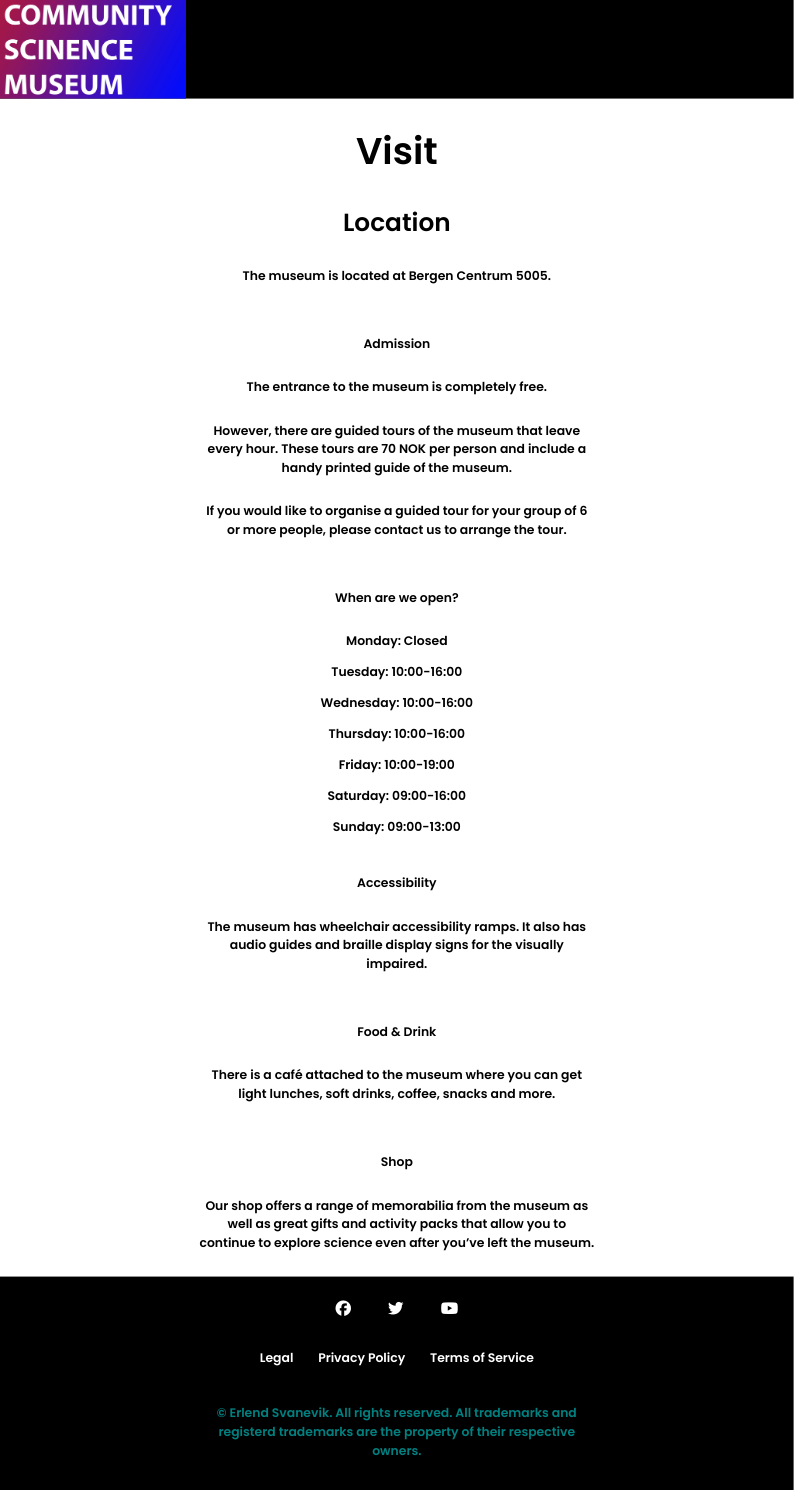
Repository: EpleWasTaken/Semester-Project
Page: visit.html
An editor plug-in stored every save of this project. The page is shown before and after the next save, followed by the edit.
The browser window is 1280 px wide. The pictures show the whole page, at 62% of full size.
Some web libraries are served in a nearby version.

Above is the page before, as saved 2020-12-04 20:27:09.

### visit.html
<!DOCTYPE html>
<html lang="en">
<head>
    <meta charset="UTF-8">
    <meta name="viewport" content="width=device-width, initial-scale=1.0">
    <meta name="keywords" content="museum, science museum, community museum">
    <meta name="author" content="Erlend Molvik Svanevik">
    <title>CMS Visit</title>

    <link rel="preconnect" href="https://fonts.gstatic.com">
    <link href="https://fonts.googleapis.com/css2?family=Poppins:ital,wght@0,100;0,200;0,300;0,400;0,500;0,600;1,100;1,200;1,300;1,400;1,500;1,600&display=swap" rel="stylesheet">
    <link rel="stylesheet" href="./css/styles.css">
    <link rel="stylesheet" href="./css/footer.css">
    <link rel="stylesheet" href="/css/hamburger.css">
    <script src="https://kit.fontawesome.com/cafca22d75.js" crossorigin="anonymous"></script>

</head>


<!--NAVIGAION, LOGO AND SEARCH BAR-->


<body>
    <header>
        <div class="logo-container">
            <a href="index.html" aria-label="Go to frontpage">
                <img src="/Images/CommunityScienceMuseum.jpg" class="logo" alt="Community Science Museum logo">
            </a>
        </div>
        <label class="hamburger-menu" for="hamburger-menu" aria-label="Hamburger menu for navigation"><i class="fas fa-bars fa-2x"></i></label>
        <input type="checkbox" id="hamburger-menu">
        <nav>
            <div class="nav-container">
                <ul>
                    <h2>Menu</h2>
                    <li><a href="index.html" aria-label="Go to home page">Home</a></li>
                    <li><a href="visit.html" aria-label="Go to the visit page">Visit</a></li>
                    <li><a href="to-see-and-do.html" aria-label="Go to: To see and do">To see and do</a></li>
                    <li><a href="contact.html" aria-label="Go to the contact page">Contact</a></li>
                    <li><a href="about.html" aria-label="Go to the about page">About</a></li>
                </ul>
            </div>
        </nav>
    </header>


<main>

    <section class="start">
    <div class="visit-container">
        <div class="visit-text">
        <h1>Visit</h1>
        <h3>Location</h3>
        <p>The museum is located at Bergen Centrum 5005.</p>
    </div>
    </section>
    <div>
        <h2>Admission</h2>
        <p>The entrance to the museum is completely free.</p>
        <p>However, there are guided tours of the museum that leave every hour.
        These tours are 70 NOK per person and include a handy printed guide of the museum.</p>
        <p>If you would like to organise a guided tour for your group of 6 or more people, please contact us to arrange the tour.</p>
    </div>
    <div class="open-hours">
        <h2>When are we open?</h2>
        <p>Monday: Closed</p>
        <p>Tuesday: 10:00-16:00</p>
        <p>Wednesday: 10:00-16:00</p>
        <p>Thursday: 10:00-16:00</p>
        <p>Friday: 10:00-19:00</p>
        <p>Saturday: 09:00-16:00</p>
        <p>Sunday: 09:00-13:00</p>

    </div>
    <div>
        <h2>Accessibility</h2>
        <p>The museum has wheelchair accessibility ramps.
        It also has audio guides and braille display signs for the visually impaired.</p>
    </div>
    <div>
        <h2>Food & Drink</h2>
        <p>There is a café attached to the museum where you can get light lunches, soft drinks, coffee, snacks and more.</p>
    </div>
    <div>
        <h2>Shop</h2>
        <p>Our shop offers a range of memorabilia from the museum as well as great gifts and activity packs that allow you to continue to explore science even after you’ve left the museum.</p>
    </div>
</main>


<!--FOOTER, TOS/LEGAL/PRIVACY-POLICY AND SOCIALS-->


    <footer class="footer">
        <div class="footer-container">
            <ul class="footer-social">
                <li>
                    <a href="#0" class="facebook"><i class="fab fa-facebook"></i></a>
                </li>
                <li>
                    <a href="#0" class="twitter"><i class="fab fa-twitter"></i></a>
                </li>
                <li>
                    <a href="#0" class="youtube"><i class="fab fa-youtube"></i></a>
                </li>
            </ul>
        </div>
        <div class="footer-container">
            <div class="footer-legal">
                <a href="#0">Legal</a>
                <a href="#0">Privacy Policy</a>
                <a href="#0">Terms of Service</a>
            </div>
            <div class="footer-copyright">
                <p>&copy; Erlend Svanevik. All rights reserved. All trademarks and registerd trademarks are the property of
                   their respective owners.</p>
            </div>
        </div>
    </footer>
</body>
</html>

### css/styles.css
* {
	margin: 0px;
	padding: 0px;
	box-sizing: border-box;
}

body {
	font-family: 'poppins', sans seriff;
	background-color: white;
}

header {
	display: flex;
	background-color: black;
}

.logo {
	max-width: 125px;
}

.logo-container {
	height: 66.41px;
}

/* NAVIGATION/HAMBURGER MENU/CLICKEBLE
-------------------------------------------*/

/*PICTURES
-----------------------------------------------*/

.homepic {
	width: auto;
	max-width: 100%;
	height: auto;
}

/*TEXT/FONT/TEXT ALIGNMENY
--------------------------------------------------*/

h1 {
	display: flex;
	align-items: center;
	justify-content: center;
	margin-left: auto;
	margin-right: auto;
	font-weight: 600;
	font-size: 30px;
	margin: 40px;
	text-align: center;
}

h3 {
	display: flex;
	align-items: center;
	justify-content: center;
	font-weight: 600;
	font-size: 20px;
	margin: 40px;
	text-align: center;
}

h2 {
	display: flex;
	align-items: center;
	justify-content: center;
	margin-left: auto;
	margin-right: auto;
	font-weight: 600;
	font-size: 20px;
	margin: 40px;
	text-align: center;
}

p {
	display: flex;
	align-items: center;
	justify-content: center;
	font-weight: 600;
	font-size: 15px;
	margin: 40px;
	max-width: 70%;
	margin-left: auto;
	margin-right: auto;
	text-align: center;
}

.open-hours p {
	margin: 20px;
	margin-left: auto;
	margin-right: auto;
	align-items: center;
	justify-content: center;
	text-align: center;
}

.footer-copyright {
	display: flex;
	flex-direction: column;
	justify-content: center;
	align-items: center;
	text-align: center;
}

.contact-container {
	display: flex;
	flex-direction: row;
	align-items: center;
}

.mail {
	display: flex;
	justify-content: center;
	align-items: center;
}

/* GRID Container */
main {
	display: grid;
	grid-template-areas: "Box1" "Box2" "Box3" "Box4";
}

/* GRID Items */
div {
	grid-area: ;
}

@media screen and (min-width: 1024px) {
	header {
		height: 159.38px;
	}

	.logo {
		display: flex;

		max-width: 300px;
	}

	.homepic {
		display: flex;
		flex-direction: column;
		justify-content: center;
		align-items: center;
		max-width: 1664px;
		margin-left: auto;
		margin-right: auto;
	}

	h1 {
		display: flex;
		align-items: center;
		justify-content: center;
		font-family: 'poppins', sans-serif;
		font-weight: 600;
		font-size: 60px;
		margin: 40px;
	}

	p {
		display: flex;
		align-items: center;
		justify-content: center;
		font-family: 'poppins', sans-serif;
		font-weight: 600;
		font-size: 20px;
		margin: 40px;
		max-width: 50%;
		margin-left: auto;
		margin-right: auto;
	}

	h3 {
		display: flex;
		align-items: center;
		justify-content: center;
		font-family: 'poppins', sans-serif;
		font-weight: 600;
		font-size: 40px;
		margin: 40px;
	}
}

### css/footer.css
/* FOOTER */

* {
	padding: 0;
	margin: 0;
	box-sizing: border-box;
}

footer {
	display: flex;
	flex-direction: column;
	justify-content: center;
	align-items: center;
	background-color: black;
	font-family: 'Poppins', sans-serif;
	font-weight: 600;
	padding: 10px;
}

.footer-container {
	display: flex;
	flex-direction: column;
	justify-content: center;
	align-items: center;
}

.footer-social {
	font-size: 35px;
}

.footer-social li a {
	color: white;
}

.footer-legal {
	display: flex;
	flex-direction: column;
	text-decoration: none;
	align-items: center;
	justify-content: center;
	font-size: 20px;
}

.footer-legal a {
	display: flex;
	text-decoration: none;
	flex-direction: row;
	padding: 15px;
}

.footer-social li a.facebook:hover {
	color: #3b5998;
}

.footer-social li a.twitter:hover {
	color: #00acee;
}

.footer-social li a.youtube:hover {
	color: #c4302b;
}

.footer-legal a {
	color: white;
}

.footer-legal a:hover {
	color: #021859;
}

.footer-copyright {
	display: flex;
	flex-direction: column;
	text-decoration: none;
	font-size: 14px;
	color: teal;
}

ul {
	list-style: none;
}

@media screen and (min-width: 1024px) {
	.footer-legal {
		display: flex;
		flex-direction: row;
		justify-content: center;
		align-items: center;
	}

	.footer-legal a {
		display: flex;
		flex-direction: row;
		justify-content: center;
		align-items: center;
		padding: 20px;
	}

	.footer-social {
		display: flex;
		flex-direction: row;
		justify-content: center;
		align-items: center;
		text-decoration: none;
	}

	.footer-container {
		text-decoration: none;
	}

	.footer-social li {
		display: flex;
		flex-direction: row;
		text-decoration: none;
		margin: 15px;
	}
}

### css/hamburger.css
* {
	margin: 0;
	padding: 0;
	box-sizing: border-box;
}

nav {
	display: none;
}

label.hamburger-menu {
	display: block;
	height: 48px;
	padding: 16px;
	position: absolute;
	right: 0;
	top: 0;
	color: white;
	z-index: 1;
}

.nav-container {
	display: flex;
	flex-direction: column;
	align-items: center;
	position: fixed;
	top: 0;
	right: 0;
	background-color: black;
	width: 100%;
	height: 100vh;
	justify-content: center;
}

ul a {
	display: flex;
	text-decoration: none;
	font-size: 25px;
	justify-content: space-between;
	list-style-type: none;
	color: white;
	margin: 15px;
	font-weight: 400;
	align-items: center;
}

ul h2 {
	display: flex;
	text-decoration: underline;
	font-size: 35px;
	justify-content: space-between;
	list-style-type: none;
	color: white;
	margin: 25px;
	font-weight: 600;
	align-items: center;
}

ul {
	display: flex;
	flex-direction: column;
	justify-content: center;
	align-items: center;
}

#hamburger-menu {
	display: none;
}

#hamburger-menu:checked ~ nav {
	display: block;
}

@media screen and (min-width: 1024px) {
	label.hamburger-menu {
		display: none;
	}
}

After the next save:
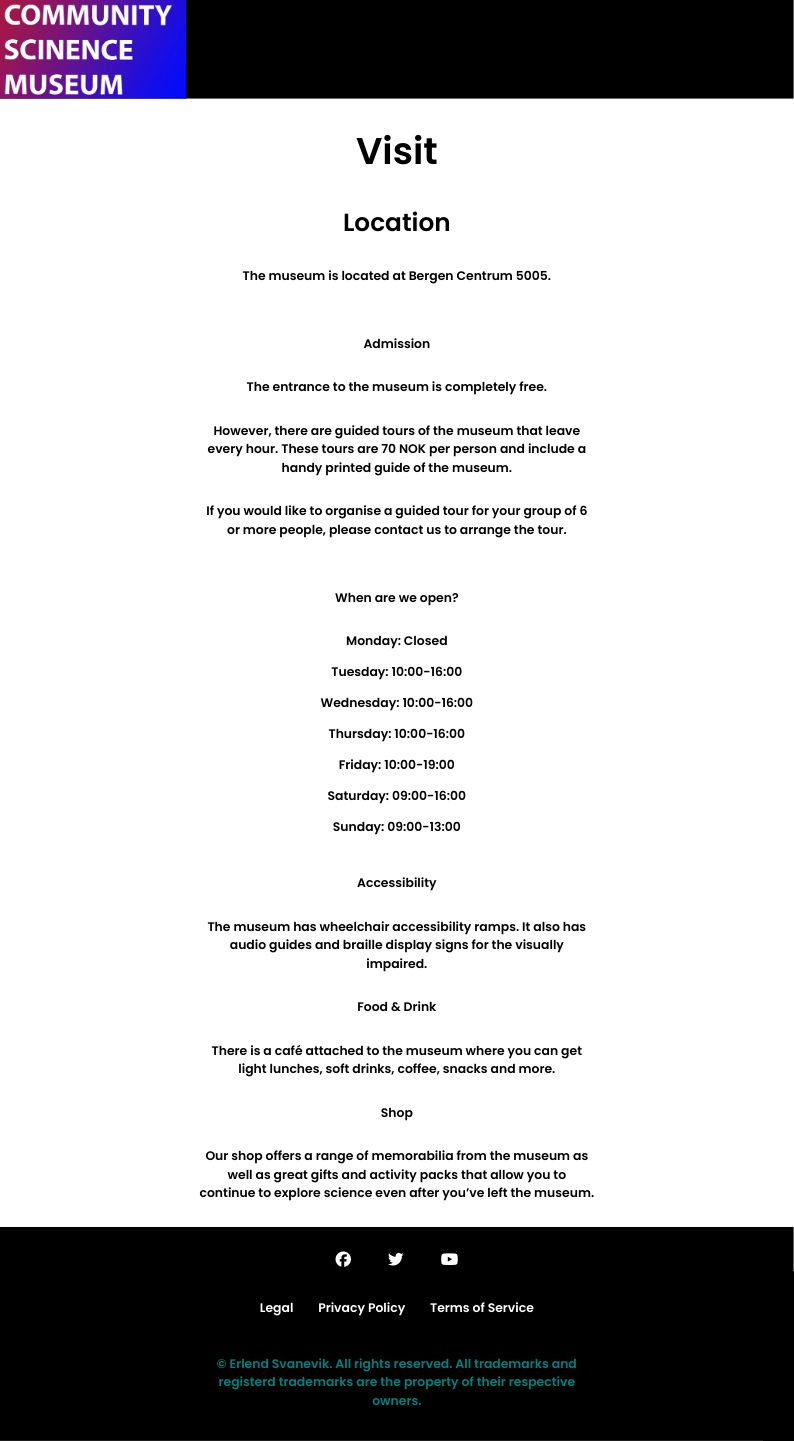
Saved 82 s later.
--- a/visit.html
+++ b/visit.html
@@ -46,7 +46,7 @@
 
 <main>
 
-    <section class="start">
+    <section class="visit">
     <div class="visit-container">
         <div class="visit-text">
         <h1>Visit</h1>
@@ -54,6 +54,7 @@
         <p>The museum is located at Bergen Centrum 5005.</p>
     </div>
     </section>
+    <section class="admission">
     <div>
         <h2>Admission</h2>
         <p>The entrance to the museum is completely free.</p>
@@ -61,6 +62,8 @@
         These tours are 70 NOK per person and include a handy printed guide of the museum.</p>
         <p>If you would like to organise a guided tour for your group of 6 or more people, please contact us to arrange the tour.</p>
     </div>
+    </section>
+    <section class="open-hours">
     <div class="open-hours">
         <h2>When are we open?</h2>
         <p>Monday: Closed</p>
@@ -72,6 +75,8 @@
         <p>Sunday: 09:00-13:00</p>
 
     </div>
+    </section>
+    <section class="accessibility">
     <div>
         <h2>Accessibility</h2>
         <p>The museum has wheelchair accessibility ramps.
@@ -85,6 +90,7 @@
         <h2>Shop</h2>
         <p>Our shop offers a range of memorabilia from the museum as well as great gifts and activity packs that allow you to continue to explore science even after you’ve left the museum.</p>
     </div>
+    </section>
 </main>
 
 

After the save that followed:
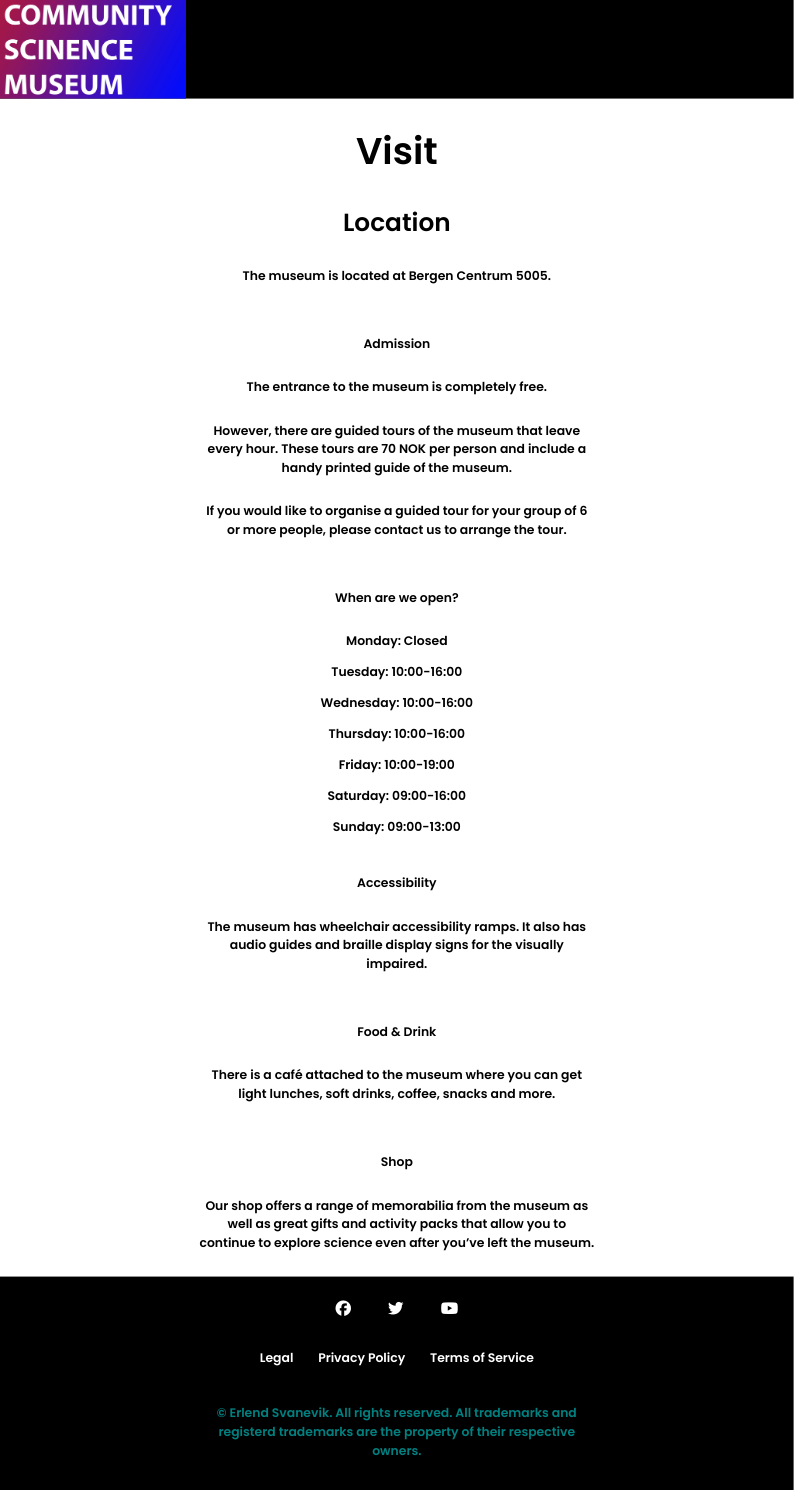
Saved 64 s later.
--- a/visit.html
+++ b/visit.html
@@ -82,10 +82,14 @@
         <p>The museum has wheelchair accessibility ramps.
         It also has audio guides and braille display signs for the visually impaired.</p>
     </div>
+    </section>
+    <section class="food-and-drink">
     <div>
         <h2>Food & Drink</h2>
         <p>There is a café attached to the museum where you can get light lunches, soft drinks, coffee, snacks and more.</p>
     </div>
+    </section>
+    <section class="shop">
     <div>
         <h2>Shop</h2>
         <p>Our shop offers a range of memorabilia from the museum as well as great gifts and activity packs that allow you to continue to explore science even after you’ve left the museum.</p>
